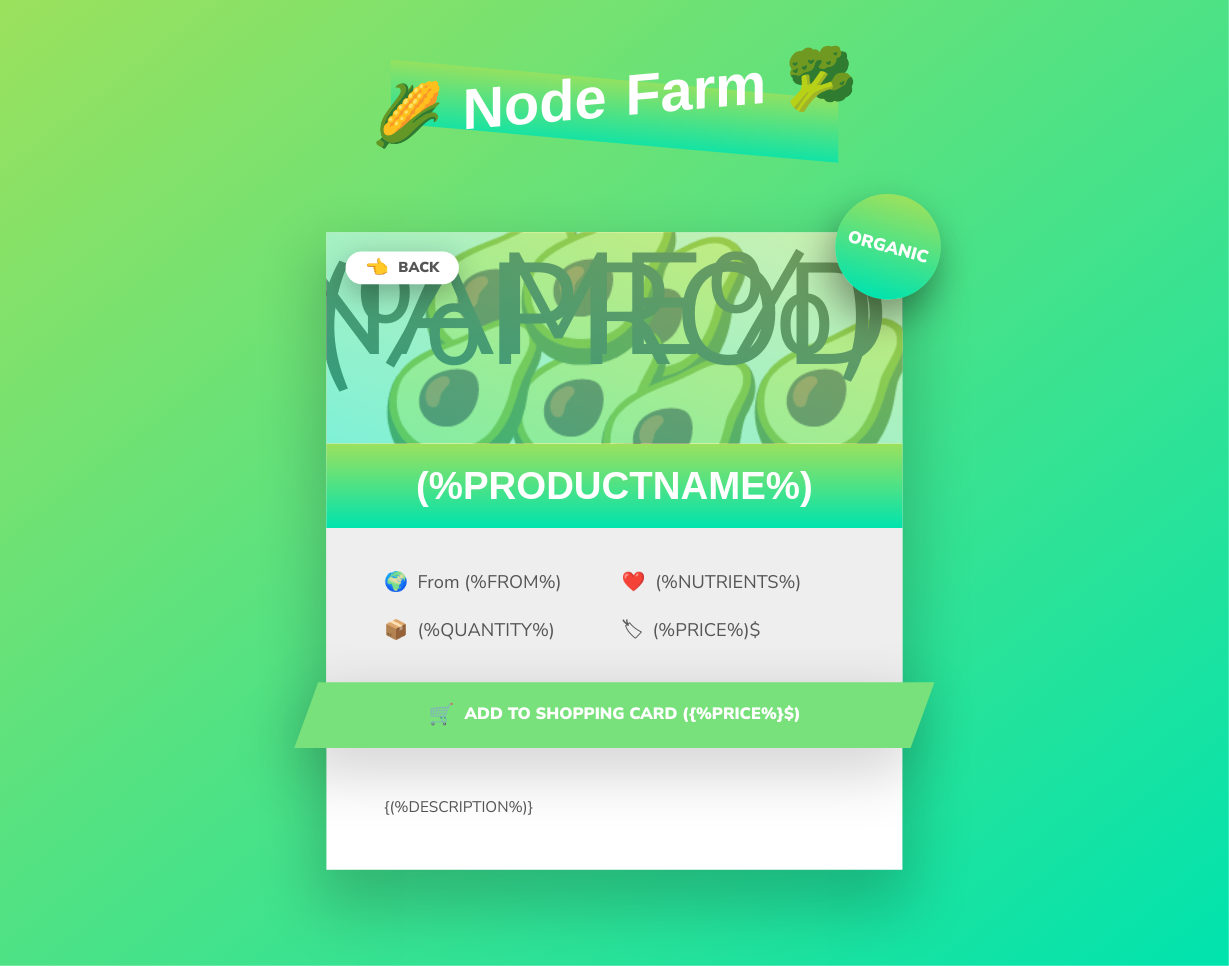
Repository: smit1298/complete-node-bootcamp
Page: node-farm/starter/templates/product.html
The author's editor kept a copy of each file at every save. The page is drawn from the files as they stood at one save, then again after a run of saves.
The browser window is 1280 px wide. The pictures show the whole page, at 96% of full size.
Some web fonts or font styles are not loaded; a fallback is used.

Above is the page before, as saved 2021-07-21 13:06:42.

After the next 9 saves:
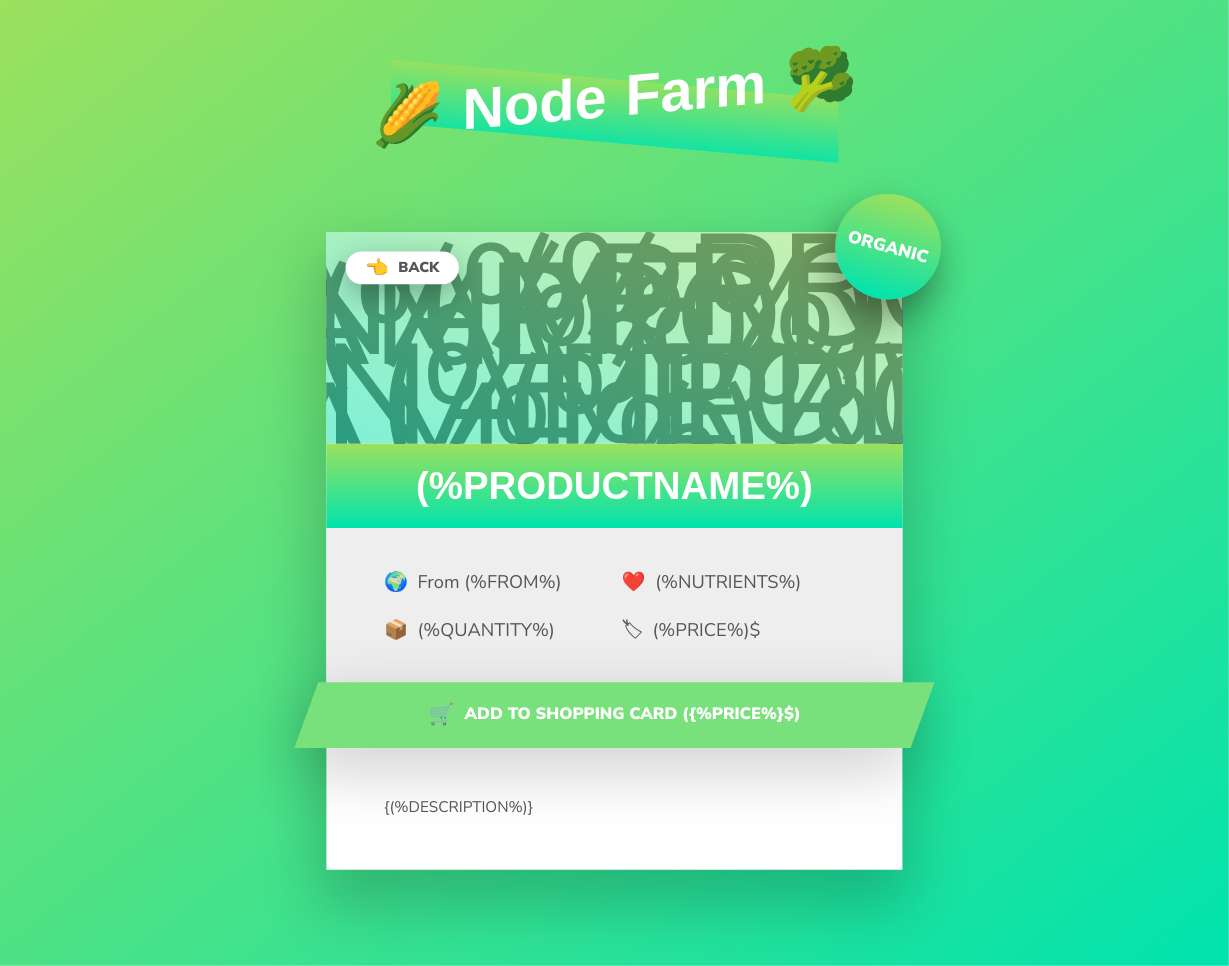
The 9 saves are shown as one change because they came seconds apart.
The last was saved 45 s later.
--- a/node-farm/starter/templates/product.html
+++ b/node-farm/starter/templates/product.html
@@ -276,14 +276,14 @@
         </a>
         <div class="product__hero">
           <span class="product__emoji product__emoji--1">(%PRODUCTNAME%)</span>
-          <span class="product__emoji product__emoji--2">🥑</span>
-          <span class="product__emoji product__emoji--3">🥑</span>
+          <span class="product__emoji product__emoji--2">(%PRODUCTNAME%)</span>
+          <span class="product__emoji product__emoji--3">(%PRODUCTNAME%)</span>
           <span class="product__emoji product__emoji--4">(%PRODUCTNAME%)</span>
-          <span class="product__emoji product__emoji--5">🥑</span>
-          <span class="product__emoji product__emoji--6">🥑</span>
-          <span class="product__emoji product__emoji--7">🥑</span>
-          <span class="product__emoji product__emoji--8">🥑</span>
-          <span class="product__emoji product__emoji--9">🥑</span>
+          <span class="product__emoji product__emoji--5">(%PRODUCTNAME%)</span>
+          <span class="product__emoji product__emoji--6">(%PRODUCTNAME%)</span>
+          <span class="product__emoji product__emoji--7">(%PRODUCTNAME%)</span>
+          <span class="product__emoji product__emoji--8">(%PRODUCTNAME%)</span>
+          <span class="product__emoji product__emoji--9">(%PRODUCTNAME%)</span>
         </div>
         <h2 class="product__name">(%PRODUCTNAME%)</h2>
         <div class="product__details">
